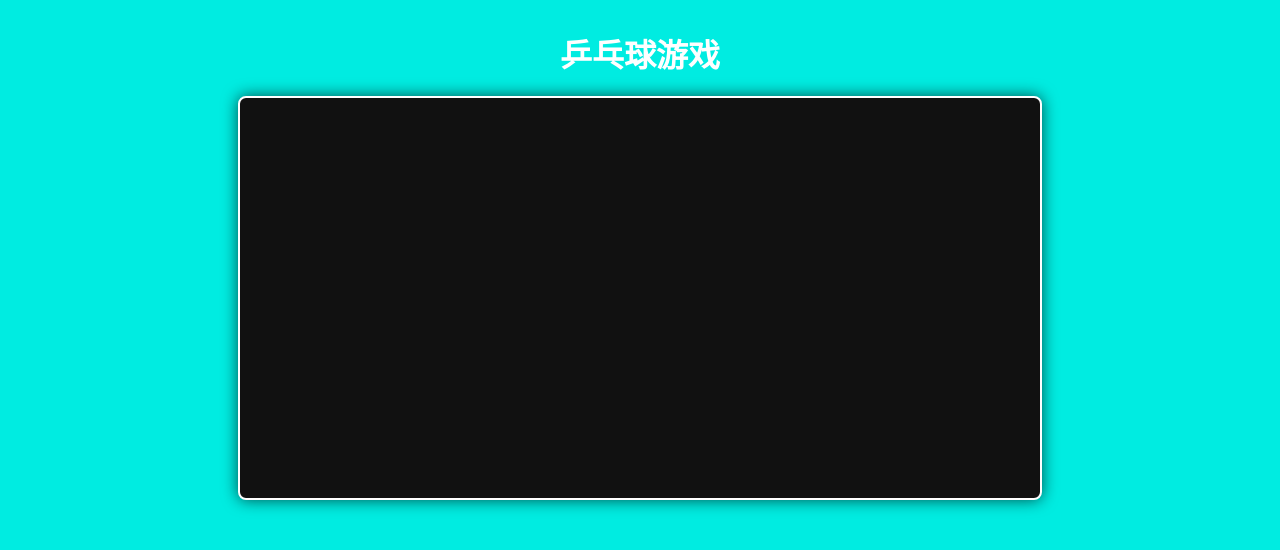
Repository: zjccc123/demo
Page: index.html
The author's editor kept a copy of each file at every save. The page is drawn from the files as they stood at one save, then again after the next save.
The browser window is 1280 px wide. The pictures show the whole page.

Above is the page before, as saved 2025-06-14 18:15:11.
Console error: ReferenceError: co is not defined

After the next save:
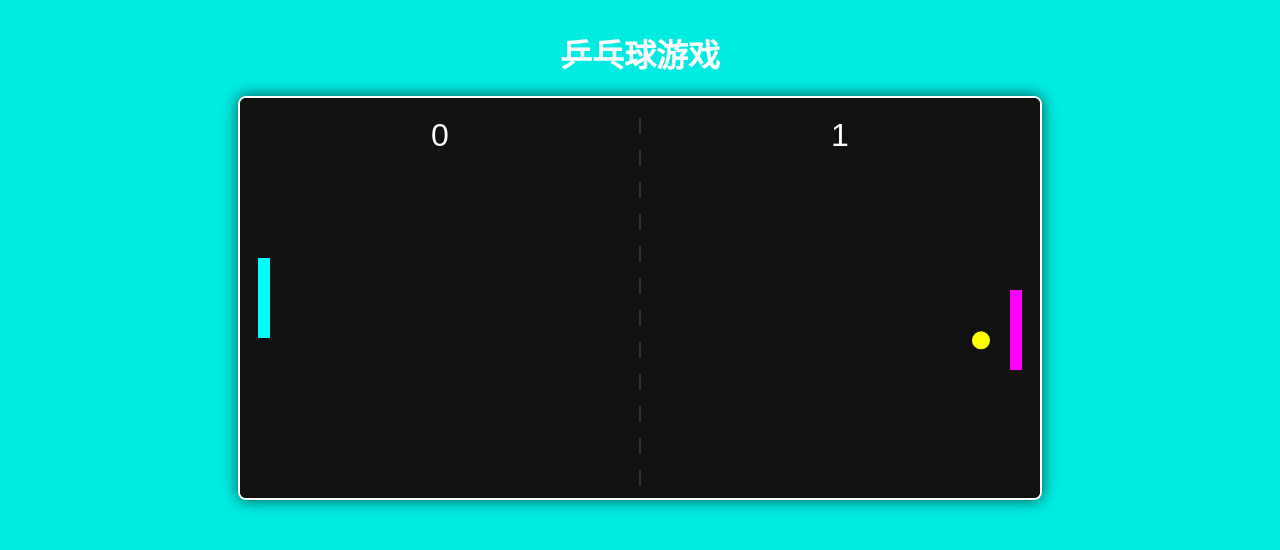
The error is gone.
Saved 14 min 10 s later.
--- a/game.js
+++ b/game.js
@@ -1,5 +1,5 @@
 // const canvas = document.getElementById('pongCanvas');
-co
+const canvas = document.getElementById('pongCanvas')
 const ctx = canvas.getContext('2d');
 
 // Game constants
